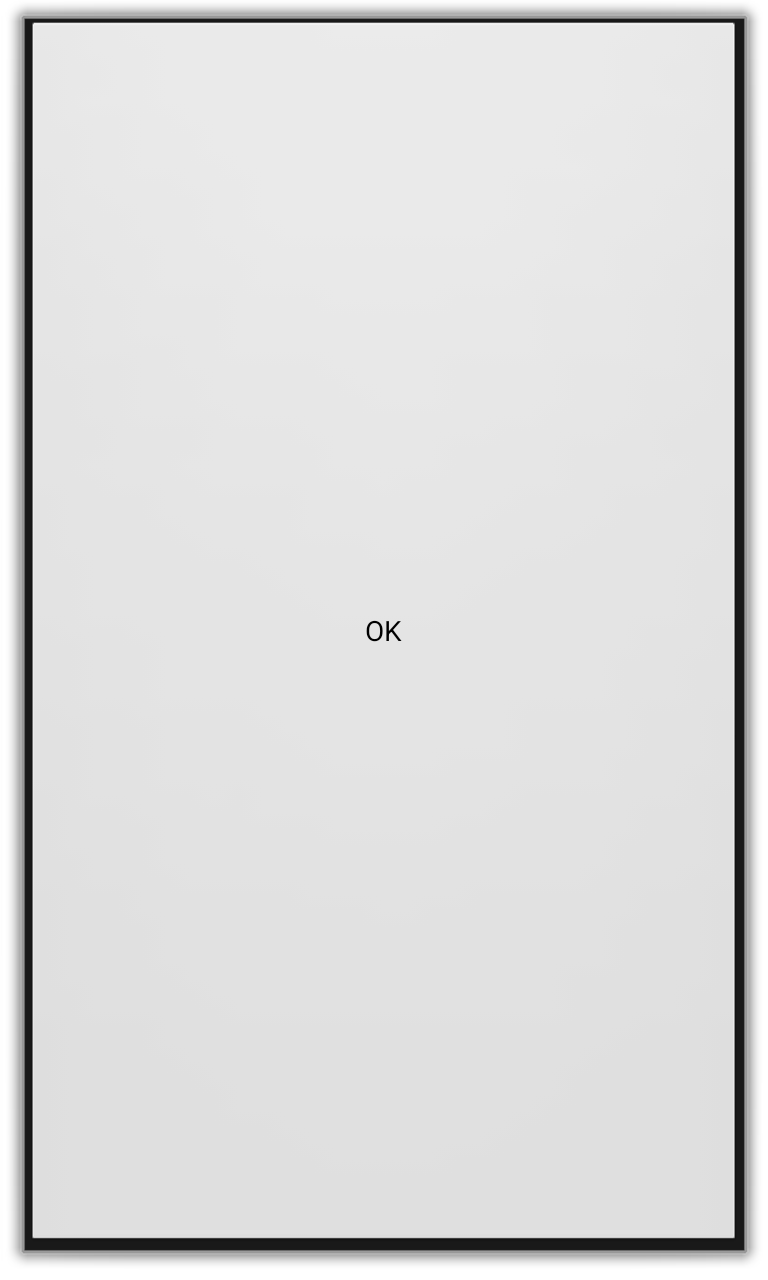
Repository: ychevalier/AnnoyingApp
Layout: Android/AnnoyingApp/res/layout/activity_annoying.xml
An editor plug-in stored every save of this project. The layout is shown before and after the next save, followed by the edit.
It is drawn on a 768 x 1280 px phone screen (xhdpi) without system bars, with theme android:Theme.Dialog; the app's code is not run.

Above is the layout before, as saved 2013-03-25 14:00:11.

### Android/AnnoyingApp/res/layout/activity_annoying.xml
<?xml version="1.0" encoding="utf-8"?>
<LinearLayout xmlns:android="http://schemas.android.com/apk/res/android"
    android:layout_width="match_parent"
    android:layout_height="match_parent"
    android:orientation="vertical" >

    <Button
        android:layout_width="match_parent"
        android:layout_height="match_parent"
        android:text="@android:string/yes" />

     <Button
        android:layout_width="match_parent"
        android:layout_height="@dimen/dialog_button_size"
        android:text="@android:string/no" />

</LinearLayout>

### Android/AnnoyingApp/res/values/dimens.xml
<resources>

    <!-- Default screen margins, per the Android Design guidelines. -->
    <dimen name="activity_horizontal_margin">16dp</dimen>
    <dimen name="activity_vertical_margin">16dp</dimen>

    <dimen name="dialog_button_size">24dp</dimen>

</resources>

After the next save:
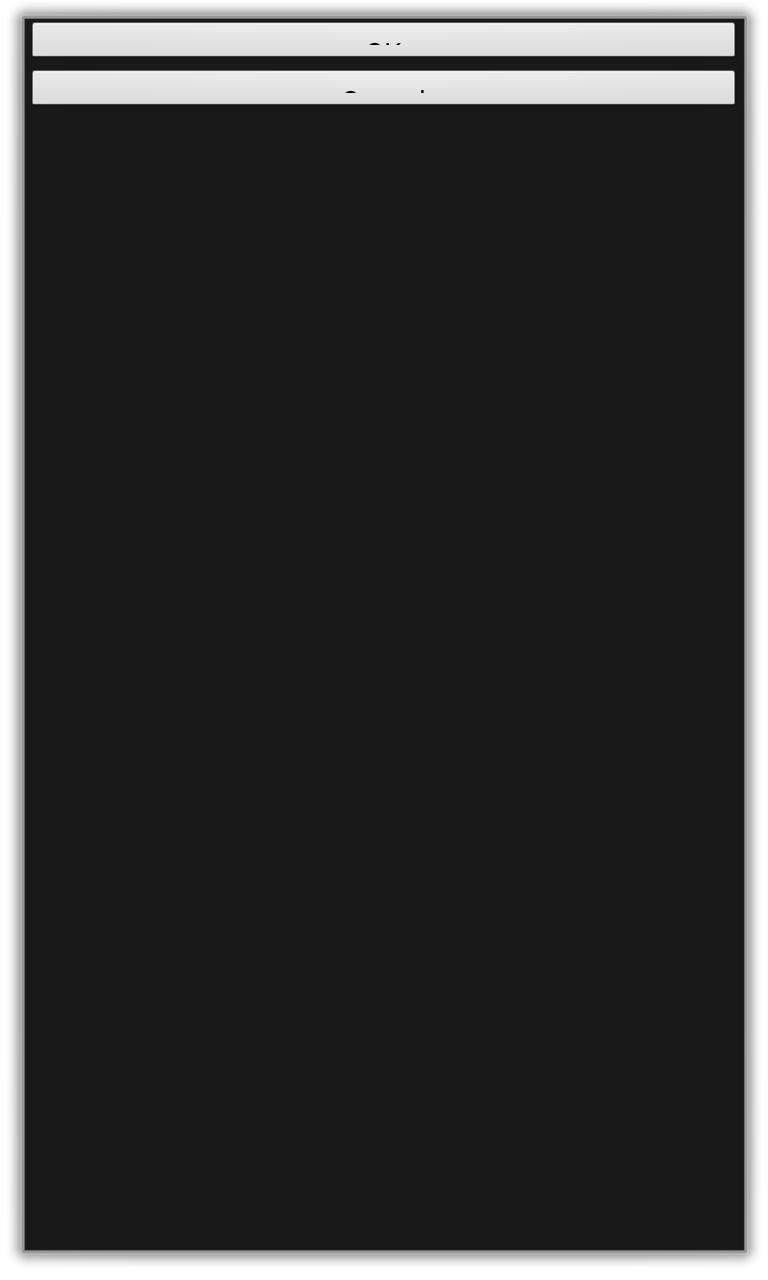
Saved 6 s later.
--- a/Android/AnnoyingApp/res/layout/activity_annoying.xml
+++ b/Android/AnnoyingApp/res/layout/activity_annoying.xml
@@ -6,7 +6,7 @@
 
     <Button
         android:layout_width="match_parent"
-        android:layout_height="match_parent"
+        android:layout_height="@dimen/dialog_button_size"
         android:text="@android:string/yes" />
 
      <Button
